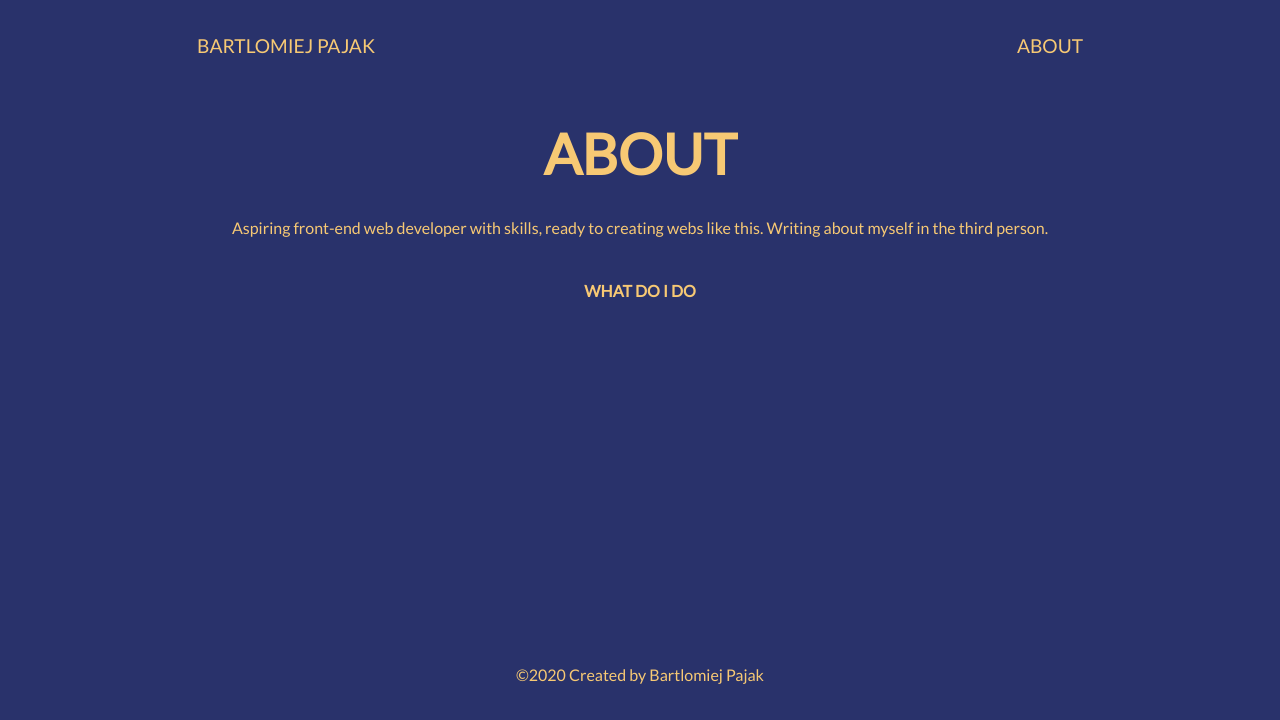
Repository: spidero7/personal-site
Page: about.html
These files come from the project's save history. The page is drawn as it stood at one moment and after the next save; the edit follows.
The browser window is 1280 px wide. The pictures show the whole page.

Above is the page before, as saved 2020-04-16 20:49:16.

After the next save:
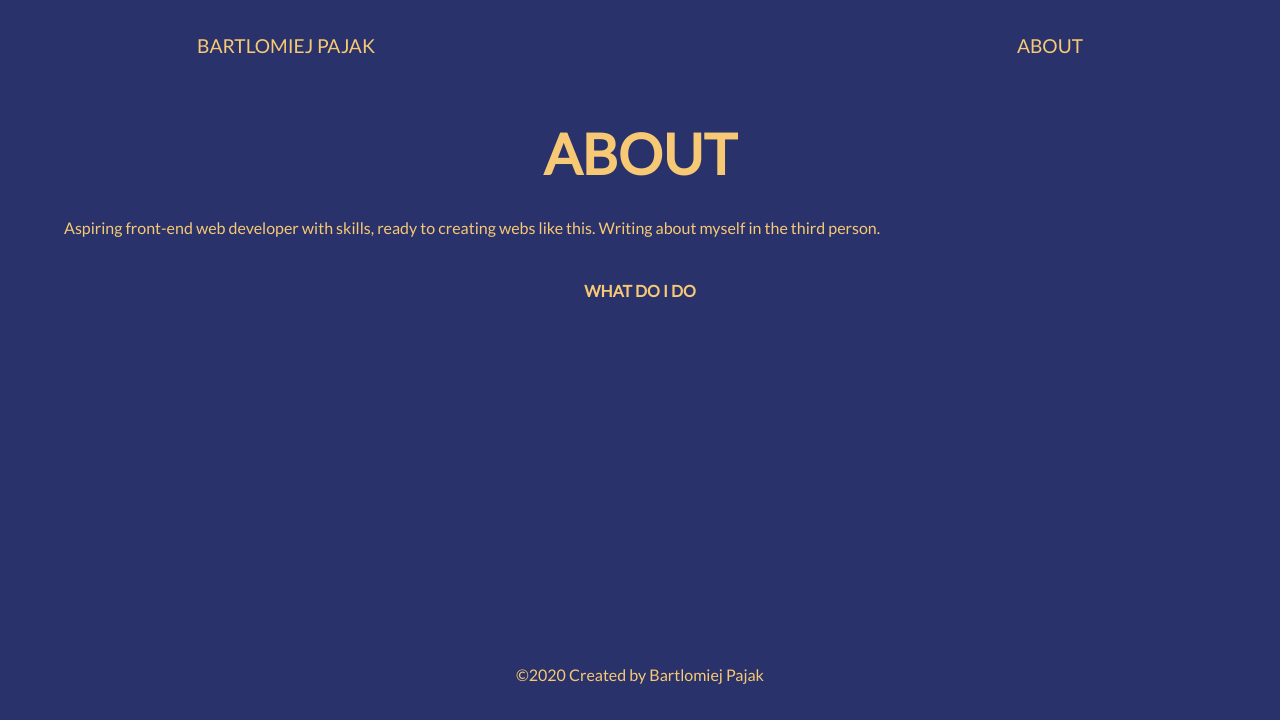
Saved 3 min 10 s later.
--- a/css/style.css
+++ b/css/style.css
@@ -71,10 +71,6 @@
     margin-top: 10px;;
 }
 
-.me {
-    text-align: center;
-}
-
 .about-container {
     width: 90%;
     margin: 0 auto;

After the 5 saves that followed:
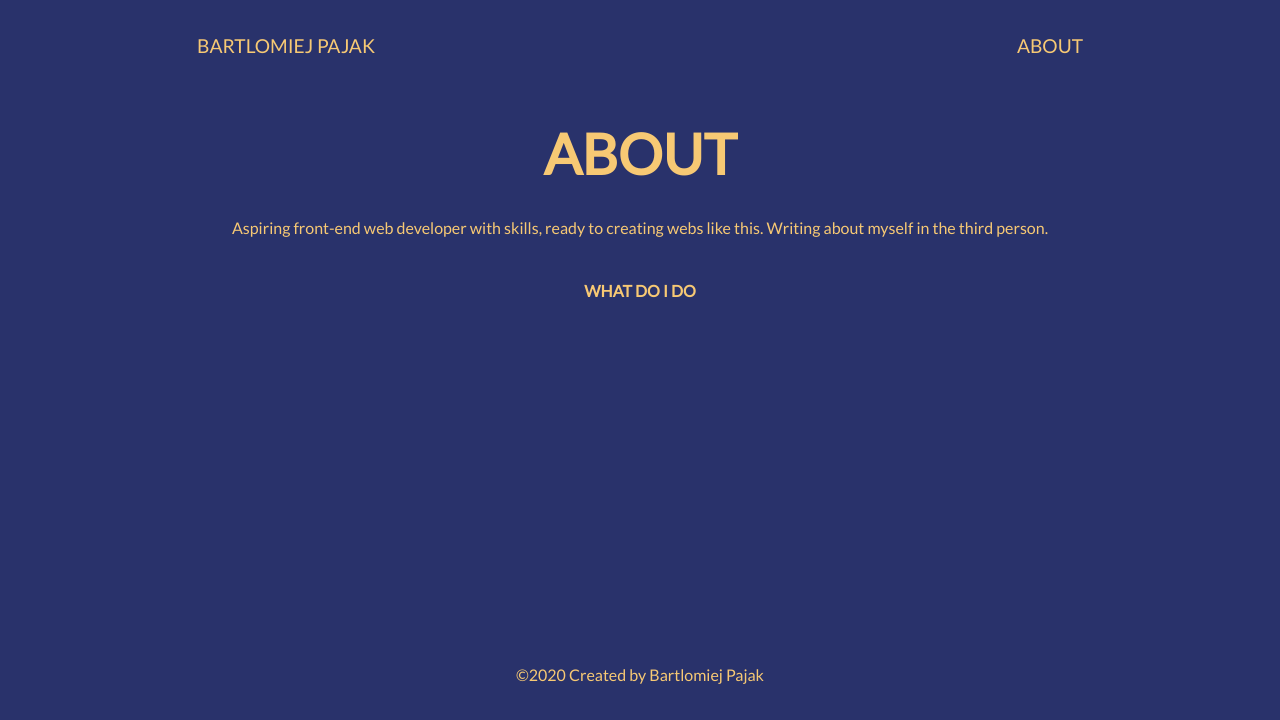
The 5 saves are shown as one change because 1 left the picture as it was and some came seconds apart.
The last was saved 32 s later.
--- a/css/style.css
+++ b/css/style.css
@@ -76,6 +76,7 @@
     margin: 0 auto;
     display: flex;
     flex-direction: column;
+    align-items: center;
 }
 
 /* ---- Layout Containers ---- */
